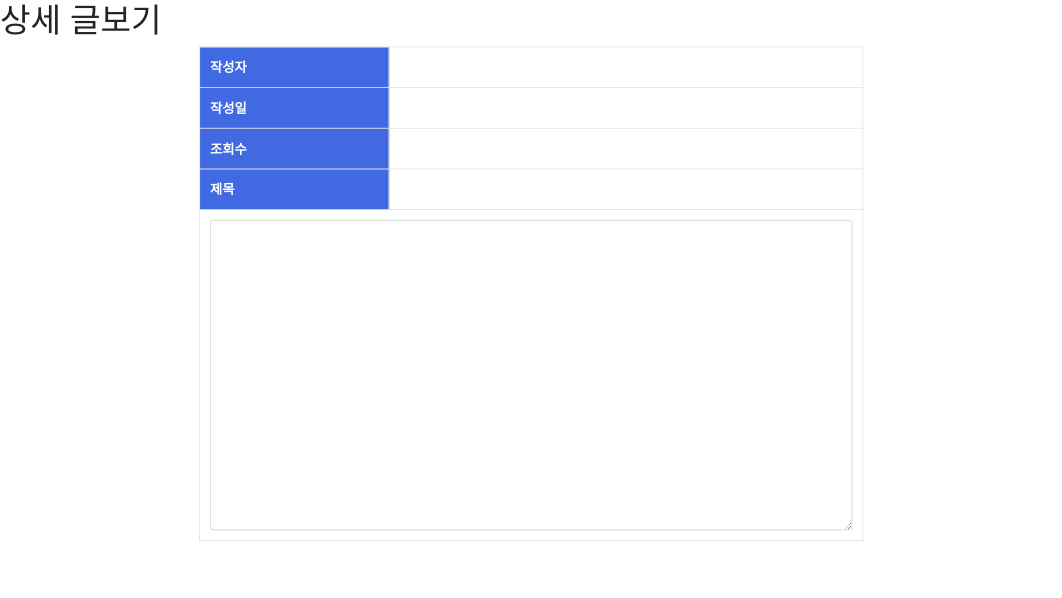
Repository: suhong99/SpringBootFront
Page: FrontSample/src/main/webapp/bbsanswer.html
The author's editor kept a copy of each file at every save. The page is drawn from the files as they stood at one save, then again after the next save.
The browser window is 1280 px wide. The pictures show the whole page, at 83% of full size.

Above is the page before, as saved 2023-08-04 06:15:03.
Console error: TypeError: Cannot read properties of null (reading 'id')

After the next save:
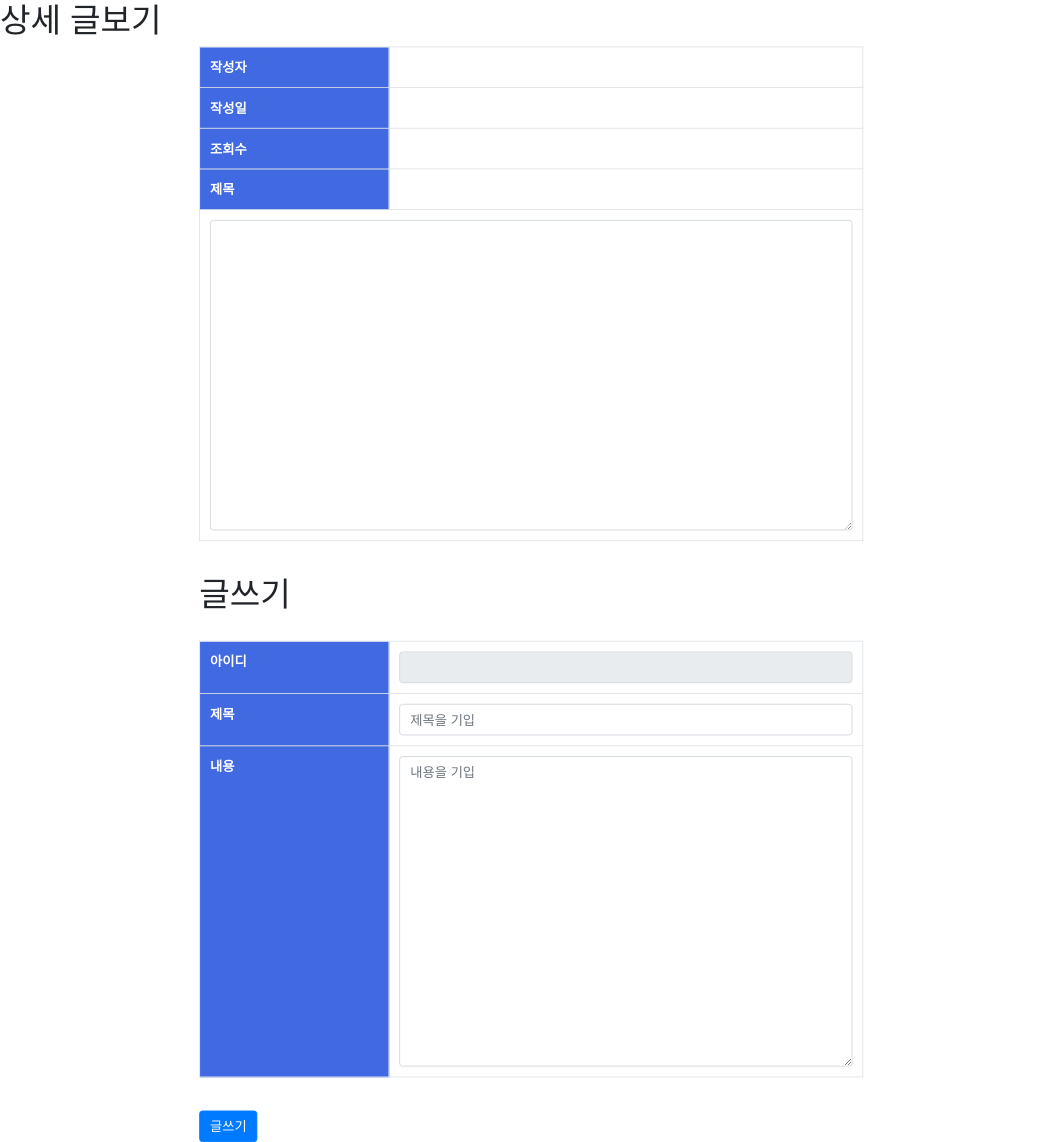
Saved 80 s later.
--- a/FrontSample/src/main/webapp/bbsanswer.html
+++ b/FrontSample/src/main/webapp/bbsanswer.html
@@ -85,46 +85,103 @@
 
 		},
 		error:function(){
-			alert('detail error');
+			alert('answerdetail error');
 		}
 	});
 
 
 });
 
-function answerBbs() {
-	location.href = "bbsanswer.html?seq=" + seq;
-}
-function updateBbs() {
-	location.href = "bbsupdate.html?seq=" + seq;
-}
-
-
-
-$("#deleteButton").click(function(){
-	$.ajax({
-		url:"http://localhost:3000/bbsdelete",
-		type:"post",
-		data:{seq},
-		success:function(resp){
-			if(resp == "YES"){
-				alert("삭제되었습니다..");
-				location.href = "bbslist.html";
-			}else{
-				alert("다시 시도해 주십시오");
-			}
-		},
-		error:function(){
-			alert('error');
-			console.log("delete에서 에러")
-		}
-	});
-});
 
 </script>
 
 <br>
+<h1>글쓰기</h1>
+<br>
 
+<div class="center">
+
+
+<table class="table table-bordered">
+<col width="200"><col width="500">
+
+<tr>
+	<th>아이디</th>
+	<td>
+        <input type="text" name="id" class="form-control"  readonly="readonly">
+	</td>
+</tr>
+<tr>
+	<th>제목</th>
+	<td>
+		<input type="text" id="title" name="title" class="form-control"placeholder="제목을 기입">
+	</td>
+</tr>
+
+<tr>
+	<th>내용</th>
+	<td>
+		<textarea rows="15" cols="50" class="form-control" id="content" name="content" placeholder="내용을 기입"></textarea>
+	</td>
+</tr>
+
+</table>
+<br>
+<!-- <input type="submit" value="글쓰기"> -->
+<button type="button" class="btn btn-primary" id="bbswrite">글쓰기</button>
+
+</div>
+
+<script type="text/javascript">
+
+
+$(document).ready(function(){
+	// 세션에서 id값 받기
+	// console.log(sessionStorage.getItem("login")); //문자값으로 들어옴
+	// console.log(JSON.parse(sessionStorage.getItem("login")).id); // id추출
+	const myId= JSON.parse(sessionStorage.getItem("login")).id;
+	document.querySelector('input[name="id"]').value = myId;
+	//console.log(myId);
+
+	// 글작성
+
+	$("#bbswrite").click(function(){
+		const title = $("#title").val();
+		const content = $("#content").val();
+		// 제목이 비었는지?
+		if( title.trim() == ""){
+			alert("제목을 기입해 주십시오");
+			return;
+		}
+		// 내용이 비었는지?
+		if( content.trim() == "" ){
+			alert("내용을 기입해 주십시오");
+			return;
+		}
+
+		$.ajax({
+			url:"http://localhost:3000/bbswrite",
+			type:"post",
+			data:{ id:myId, title, content },
+			success:function(resp){
+				if(resp == "YES"){
+					alert("작성되었습니다.");
+					location.href = "bbslist.html";
+				}else{
+					alert("다시 시도해 주십시오");
+				}
+			},
+			error:function(){
+				alert('error');
+				console.log("write에서 에러")
+			}
+		});
+
+
+	});
+
+});
+</script>
 </div>
 
 </body>

After the 2 saves that followed:
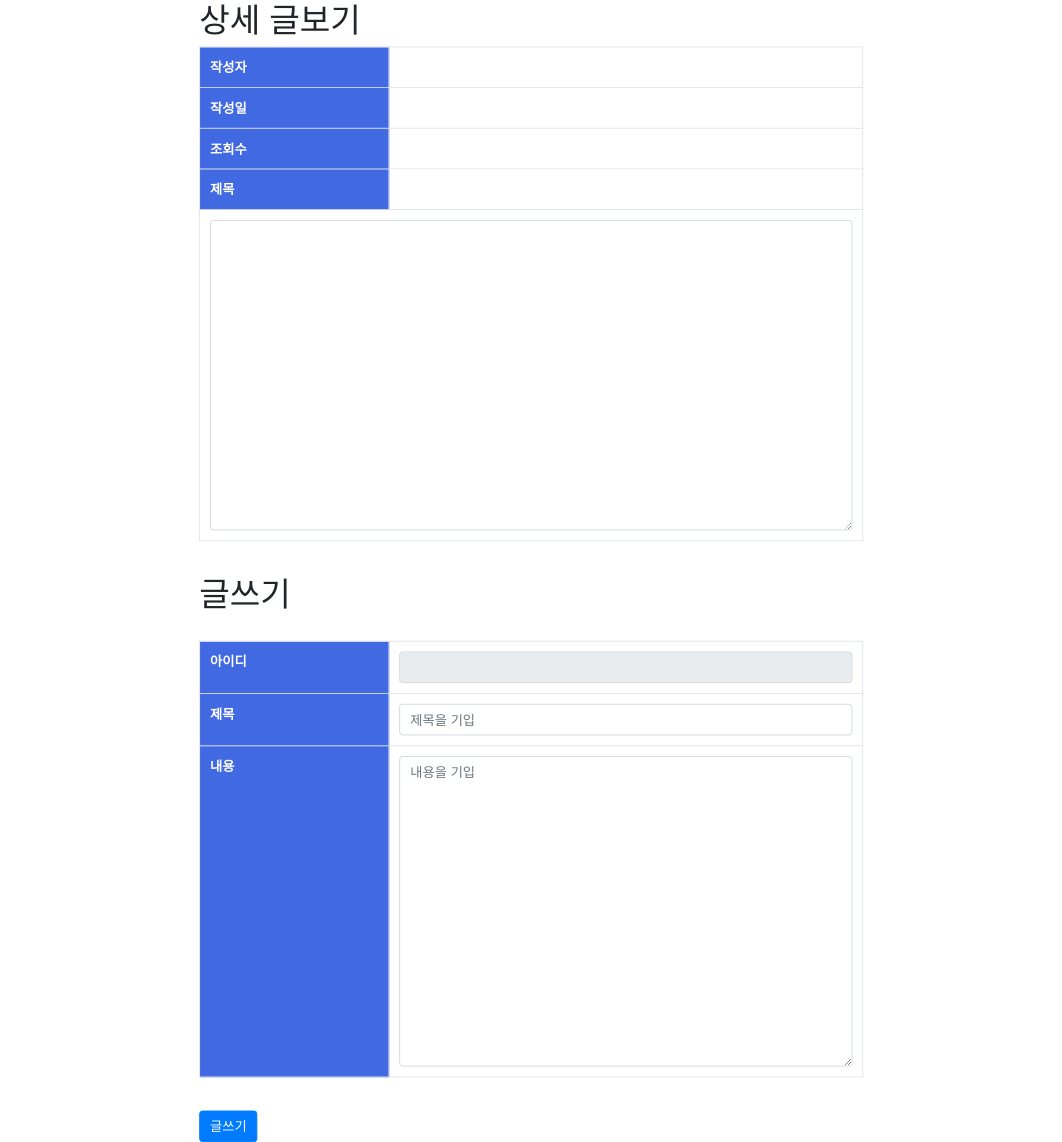
The 2 saves are shown as one change because 1 left the picture as it was.
The last was saved 53 s later.
--- a/FrontSample/src/main/webapp/bbsanswer.html
+++ b/FrontSample/src/main/webapp/bbsanswer.html
@@ -26,9 +26,9 @@
 </head>
 <body>
 
-<h1>상세 글보기</h1>
 
 <div class="center">
+<h1>상세 글보기</h1>
 
 <table class="table table-bordered">
 <col width="200"><col width="500">
@@ -136,14 +136,6 @@
 
 
 $(document).ready(function(){
-	// 세션에서 id값 받기
-	// console.log(sessionStorage.getItem("login")); //문자값으로 들어옴
-	// console.log(JSON.parse(sessionStorage.getItem("login")).id); // id추출
-	const myId= JSON.parse(sessionStorage.getItem("login")).id;
-	document.querySelector('input[name="id"]').value = myId;
-	//console.log(myId);
-
-	// 글작성
 
 	$("#bbswrite").click(function(){
 		const title = $("#title").val();
